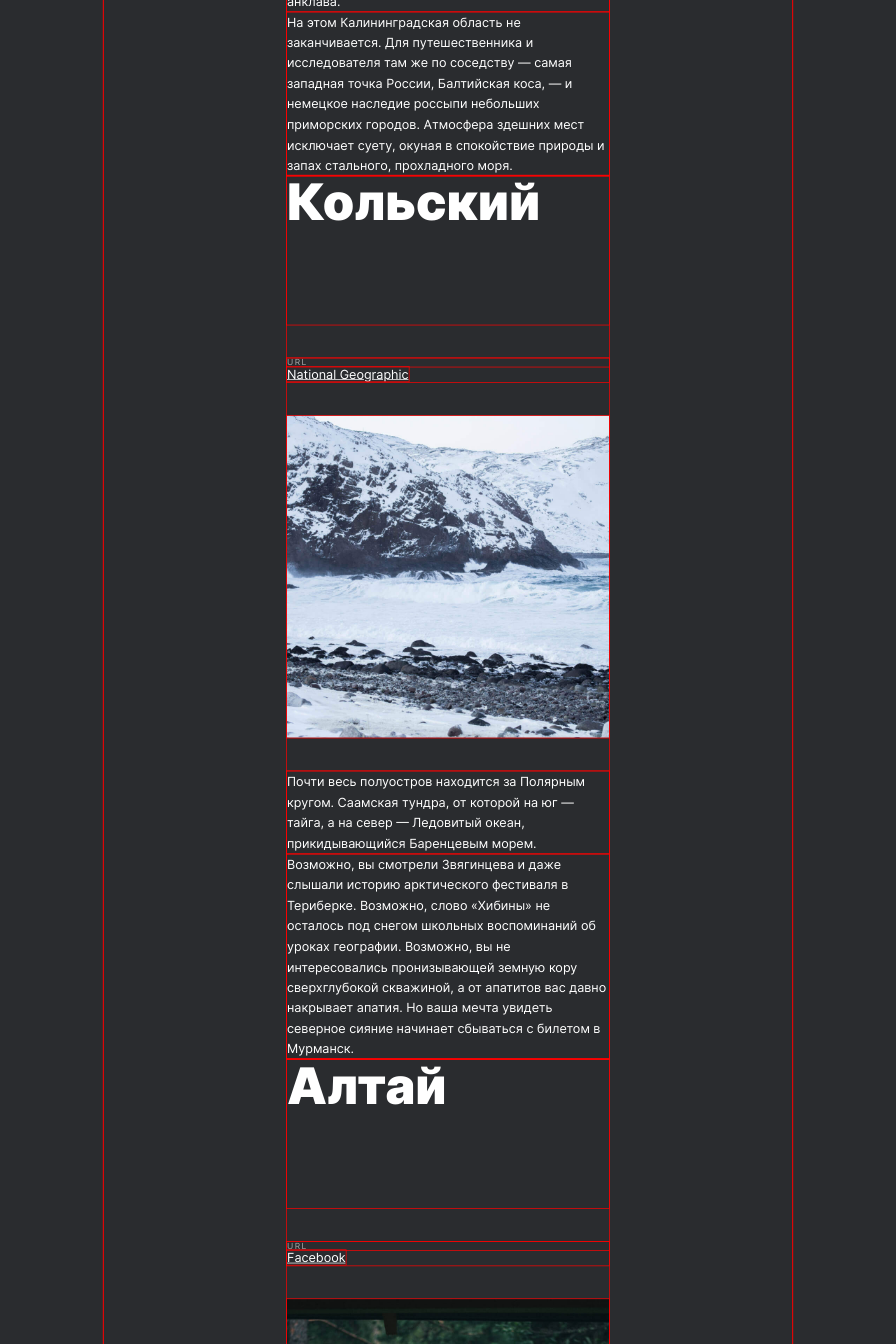
Repository: 89373611988/russia-travel
Page: index.html
The author's editor kept a copy of each file at every save. The page is drawn from the files as they stood at one save, then again after a run of saves.
The browser window is 1280 px wide. The pictures show the part of the page from y = 3857 to 5777 px (the page is 9975 px tall before and 10375 px after), at 70% of full size.

Above is the page before, as saved 2021-12-22 20:58:44.

### index.html
<!DOCTYPE html>
<html lang="ru">
  <head>
    <meta charset="UTF-8" />
    <meta name="viewport" content="width=device-width, initial-scale=1">
    <title>Путешествие по России</title>
    <link rel="stylesheet" href="pages/index.css" />
  </head>

  <body>
    <div class="page">
      <header class="header page__header">
        <img src="./images/header-logo.svg" alt="" class="header__logo">
        <ul class="header__list">
          <li class="header__item">
            <a href="#" target="_blank" class="header__lang-link">Ru</a>
          </li>
          <li class="header__item">
            <a href="#" target="_blank" class="header__lang-link">En</a>
          </li>
        </ul>
      </header>
      <main class="content">

        <section class="lead">
          <h1 class="lead__title">Путешествия по России</h1>
          <p class="lead__subtitle">Настоящая страна не в выпусках новостей, а здесь.</p>
          <img src="./images/lead-polka.jpg" alt="Отдых в вагоне" class="lead__image">
          <p class="lead__caption">ваша полка — верхняя</p>
        </section>


        <section class="intro page__intro">
          <h2 class="intro__title">Чего мы там не видели?</h2>
          <p class="intro__text">По опросам ВЦИОМ, 95% россиян мечтают куда-нибудь поехать, но только 36% планируют провести отпуск в родной стране. Мол, чего мы тут, дома, не видели? На самом деле, Россия — это целая вселенная с ласковым морем юга, густыми лесами Саян и суровыми льдами плато Путорана. А ещё увидеть все эти красоты можно без миллионов на счету, загранпаспорта и многочасовых перелетов. Как, например, Вера Башмакова — смелая молодая мама, которая взяла в охапку троих детей, усадила их в свою «Ладу» и проехала 20 тысяч километров по родной стране. Мы выбрали и описали некоторые интересные места, достойные вашего отпуска.</p>
          <ul class="intro__list">
            <li class="intro__item">Часовых поясов
              <span class="intro__number">11</span>
            </li>
            <li class="intro__item">Объектов природного наследия ЮНЕСКО
              <span class="intro__number">12</span>
            </li>
            <li class="intro__item">Объектов культурного наследия ЮНЕСКО
              <span class="intro__number">16</span>
            </li>
            <li class="intro__item">Природных заповедников
              <span class="intro__number">105</span>
            </li>
            <li class="intro__item">Аэропортов
              <span class="intro__number">241</span>
            </li>
          </ul>
        </section>


        <section class="photo-grid">
          <img src="./images/photo-grid-train.jpg" alt="Вид из окна вагона" class="photo-grid__item">
          <img src="./images/photo-grid-atharva-tulsi.jpg" alt="Облака в горах" class="photo-grid__item">
          <img src="./images/photo-grid-tuman.jpg" alt="Собака на сене" class="photo-grid__item">
          <img src="./images/photo-grid-sochi.jpg" alt="Туман в горах" class="photo-grid__item">
          <img src="./images/photo-grid-arisa.jpg" alt="Машина на льду" class="photo-grid__item">
          <img src="./images/photo-grid-baikal.jpg" alt="Берег Байкала" class="photo-grid__item">
          <img src="./images/photo-grid-elbrus.jpg" alt="Гора Эльбрус" class="photo-grid__item">
          <img src="./images/photo-grid-kondratiev.jpg" alt="Пешеходный переход" class="photo-grid__item">
          <img src="./images/photo-grid-kamchatka-1.jpg" alt="Горный барельеф на Камчатке" class="photo-grid__item">
          <img src="./images/photo-grid-kamchatka-2.jpg" alt="Камчатка Гора" class="photo-grid__item">
          <img src="./images/photo-grid-baikal-2.jpg" alt="Горный берг Байкала" class="photo-grid__item">
          <img src="./images/photo-grid-ergaki.jpg" alt="Горы в тумане" class="photo-grid__item">
        </section>


        <section class="places page__places">
          <div class="place">
            <h2 class="place__title">Куршская коса</h2>
            <div class="place__website">
              <h3 class="place__url-heading">URL</h3>
              <a href="http://park-kosa.ru" class="place__link">park-kosa.ru</a>
            </div>
            <img src="./images/place-kosa.jpg" alt="Куршский залив" class="place__image">
            <div class="place__container">
              <p class="place__paragraph">Здесь, посреди лесов и песчаных дюн, вы сможете увидеть два водных горизонта — спокойного Куршского залива с одной стороны и подёрнутого рябью волн Балтийского моря с другой. Уникальная природная зона на краю российского анклава.</p>
            <p class="place__paragraph">На этом Калининградская область не заканчивается. Для путешественника и исследователя там же по соседству — самая западная точка России, Балтийская коса, — и немецкое наследие россыпи небольших приморских городов. Атмосфера здешних мест исключает суету, окуная в спокойствие природы и запах стального, прохладного моря.</p>
            </div>
          </div>
          <div class="place">
            <h2 class="place__title">Кольский</h2>
            <div class="place__website">
              <h3 class="place__url-heading">URL</h3>
              <a href="https://yourshot.nationalgeographic.com/photos/?keywords=kolskiy" class="place__link">National Geographic</a>
            </div>
            <img src="./images/place-kolsky.jpg" alt="Кольский полуостров" class="place__image">
            <div class="place__container">
              <p class="place__paragraph">Почти весь полуостров находится за Полярным кругом. Саамская тундра, от которой на юг — тайга, а на север — Ледовитый океан, прикидывающийся Баренцевым морем.</p>
              <p class="place__paragraph">Возможно, вы смотрели Звягинцева и даже слышали историю арктического фестиваля в Териберке. Возможно, слово «Хибины» не осталось под снегом школьных воспоминаний об уроках географии. Возможно, вы не интересовались пронизывающей земную кору сверхглубокой скважиной, а от апатитов вас давно накрывает апатия. Но ваша мечта увидеть северное сияние начинает сбываться с билетом в Мурманск.</p>
            </div>
          </div>
          <div class="place">
            <h2 class="place__title">Алтай</h2>
            <div class="place__website">
              <h3 class="place__url-heading">URL</h3>
              <a href="https://www.facebook.com/vera.bashmakova/posts/10156011613718822" class="place__link">Facebook</a>
            </div>
            <img src="./images/place-altai.jpg" alt="Природа Алтая" class="place__image">
            <div class="place__container">
              <p class="place__paragraph">Алтай — одно из красивейших мест в России.
                В первую очередь из-за гор: если ехать вдоль хребта, вы увидите склоны, усыпанные соснами, горные реки и озёра. А если вы откроете в автомобиле окна, сможете познакомиться с невидимым чудом здешних мест — горным воздухом.</p>
              <p class="place__paragraph">Климат на Алтае умеренный, поэтому ехать сюда лучше всего летом. Так вы увидите всё разнообразие местной флоры и фауны. По лесам Алтая бродят лоси, над хребтами летают орлы, а на равнинах пасутся косули. И знаменитые манулы — тоже обитатели Алтайского края.</p>
            </div>
          </div>
          <div class="place">
            <h2 class="place__title">Зимний Байкал</h2>
            <div class="place__website">
              <h3 class="place__url-heading">URL</h3>
              <a href="https://vk.com/baikalmile" class="place__link">https://vk.com/baikalmile</a>
            </div>
            <img src="./images/place-winter-baikal.jpg" alt="Морозные узора" class="place__image">
            <div class="place__container">
              <p class="place__paragraph">Всем известен Байкал как крупнейшее озеро
                в мире. Многие также знают, что это самый большой источник пресной воды и одно из красивейших мест в России.</p>
              <p class="place__paragraph">Конечно, это всё так. Но Байкал ещё идеальное    место для соревнований по скийорингу. Это такой вид спорта, когда лыжник привязывает себя к мотоциклу, и тандем старается развить как можно бóльшую скорость на льду. В марте 2019 года на фестивале «Байкальская миля» был поставлен мировой рекорд — 197.011 км/ч.</p>
            </div>
          </div>
          <div class="place">
            <h2 class="place__title">Карелия</h2>
            <div class="place__website">
              <h3 class="place__url-heading">URL</h3>
              <a href="http://vodlozero.ru" class="place__link">http://vodlozero.ru/</a>
            </div>
            <img src="./images/place-karelia.jpg" alt="Река в лесу" class="place__image">
            <div class="place__container">
              <p class="place__paragraph">Сибирь заканчивается не на Урале, а в Карелии: образующая тайгу сибирская лиственница не растёт западнее Водлозера. Зато здесь она вымахивает на 30 метров — леса карельских национальных парков из-за непроходимых болот никогда не знали топора. Некоторым соснам уже больше чем полтысячелетия. Прикоснитесь к живому существу, видевшему солнце раньше, чем увидал его Иван Грозный. В девственном лесу на сотню километров не встретишь тропы. А на редких тропинках деревья в паре метров от земли помечены медвежьими когтями. Чтобы все знали, кто тут хозяин.</p>
            </div>
          </div>
        </section>


        <section class="cover page__cover">
          <a href="https://stampsy.com/na-elektrichkakh-do-baikala" class="cover__overlay">
            <h2 class="cover__title">До Байкала «на собаках»</h2>
            <p class="cover__subtitle">По мотивам учебной темы о Транссибе — путешествие от столицы до Байкала на электричках.</p>
          </a>
        </section>
      </main>


      <footer class="footer">
        <ul class="footer__list">
          <li class="footer__item">
            <a href="https://yandex.ru/maps" class="footer__link">Карты</a>
          </li>
          <li class="footer__item">
            <a href="https://yandex.ru/pogoda" class="footer__link">Погода</a>
          </li>
          <li class="footer__item">
            <a href="https://rasp.yandex.ru" class="footer__link">Расписание</a>
          </li>
          <li class="footer__item">
            <a href="https://calendar.yandex.ru" class="footer__link">Календарь</a>
          </li>
          <li class="footer__item">
            <a href="https://travel.yandex.ru" class="footer__link">Путешествия</a>
          </li>
        </ul>
        <p class="footer__copyright">&copy; 2021. Эльвира Киямова</p>
      </footer>

    </div>
  </body>
</html>

### blocks/page/page.css
* {
  outline-width: 1px;
  outline-style: solid;
  outline-color: red;
}

.page {
  color: #ffffff;
  background-color: #2a2c2f;
  font-family: 'Inter', Arial, sans-serif;
  font-style: normal;
  padding: 28px 0 24px;
  -moz-osx-font-smoothing: grayscale;
  -webkit-font-smoothing: antialiased;
  -webkit-text-size-adjust: 100%;
  -ms-text-size-adjust: 100%;
  -moz-text-size-adjust: 100%;
  text-rendering: optimizeLegibility;
  display: flex;
  flex-direction: column;
  align-items: center;
}

### blocks/page/__header/page__header.css
.page__header {
  margin-bottom: 56px;
}

### blocks/page/__intro/page__intro.css
.page__intro {
  margin: 92px 0;
}

### blocks/page/__cover/page__cover.css
.page__cover {
  margin: 92px 0;
}

### blocks/page/__places/page__places.css
.page__places {
  margin: 92px auto 0;
}

### blocks/header/header.css
.header {
  display: flex;
  flex-direction: row;
  justify-content: space-between;
  width: 1184px;
}

@media (max-width: 1200px) {
  .header {
    width: 928px;
  }
}

@media (max-width: 940px) {
  .header {
    width: 720px;
  }
}

@media (max-width: 768px) {
  .header {
    width: 720px;
  }
}

@media (max-width: 730px) {
  .header {
    width: 600px;
  }
}

@media (max-width: 640px) {
  .header {
    width: 500px;
  }
}

@media (max-width: 540px) {
  .header {
    width: 400px;
  }
}

@media (max-width: 440px) {
  .header {
    width: 300px;
  }
}

@media (max-width: 320px) {
  .header {
    width: 288px;
  }
}

### blocks/header/__logo/header__logo.css
.header__logo {
  width: 176px;
  height: 52px;
}

@media (max-width: 500px) {
  .header__logo {
    width: 142px;
    height: 42px;
  }
}

### blocks/header/__list/header__list.css
.header__list {
  display: flex;
  flex-direction: row;
  align-items: flex-end;
  padding: 0;
  margin: 0;
}

### blocks/header/__item/header__item.css
.header__item {
  list-style-type: none;
  width: 30px;
  height: 28px;
}

.header__item:first-child {
  margin-right: 18px;
  text-decoration: underline;
}

### blocks/header/__lang-link/header__lang-link.css
.header__lang-link {
  font-size: 24px;
  line-height: 28px;
  color: #fff;
  text-decoration: none;
}

@media (max-width: 500px) {
  .header__lang-link {
    font-size: 18px;
    line-height: 20px;
  }
}

### blocks/content/content.css
@media (max-width: 320px) {
  .content {
    max-width: 320px;
  }
}

### blocks/lead/lead.css
.lead {
  display: flex;
  flex-direction: column;
  align-items: center;
}

@media (max-width: 1280px) {
  .lead {
    max-width: 984px;
  }
}

@media (max-width: 1100px) {
  .lead {
    margin: 0 48px;
    max-width: 928px;
  }
}

@media (max-width: 330px) {
  .lead {
    max-width: 320px;
  }
}

@media (max-width: 1024px) {
  .lead {
    margin: 0 48px;
    max-width: 768px;
}
}

@media (max-width: 850px) {
  .lead {
    margin: 0 auto;
    max-width: 768px;
  }
}

@media (max-width: 350px) {
  .lead {
    margin: 0;
  }
}

### blocks/lead/__title/lead__title.css
.lead__title {
  font-weight: 900;
  font-size: 96px;
  line-height: 100px;
  max-width: 720px;
  text-align: center;
  align-self: center;
  margin: 0;
}

@media (max-width: 768px) {
  .lead__title {
    font-size: 70px;
    line-height: 80px;
    max-width: 500px;
  }
}

@media (max-width: 520px) {
  .lead__title {
    font-size: 50px;
    line-height: 70px;
    max-width: 400px;
  }
}

@media (max-width: 440px) {
  .lead__title {
    font-size: 45px;
    line-height: 50px;
    max-width: 330px;
  }
}

@media (max-width: 320px) {
  .lead__title {
    font-size: 40px;
    line-height: 44px;
    max-width: 288px;
  }
}

### blocks/lead/__subtitle/lead__subtitle.css
.lead__subtitle {
  font-size: 30px;
  line-height: 36px;
  align-self: center;
  margin: 32px 0 64px;
  max-width: 640px;
  text-align: center;
}

@media (max-width: 680px) {
  .lead__subtitle {
    font-size: 28px;
    line-height: 30px;
    max-width: 550px;
  }
}

@media (max-width: 575px) {
  .lead__subtitle {
    font-size: 25px;
    line-height: 30px;
    max-width: 400px;
  }
}

@media (max-width: 430px) {
  .lead__subtitle {
    font-size: 18px;
    line-height: 25px;
    max-width: 300px;
  }
}

@media (max-width: 320px) {
  .lead__subtitle {
    font-size: 16px;
    line-height: 20px;
    max-width: 288px;
  }
}

### blocks/lead/__image/lead__image.css
.lead__image {
  max-width: 984px;
  max-height: 615px;
  margin: 0 auto;
}

@media (max-width: 1100px) {
  .lead__image {
    margin: 0 48px;
    width: 100%;
  }
}

@media (max-width: 1024px) {
  .lead__image {
    margin: 0 48px;
    max-width: 768px;
  }
}

@media (max-width: 850px) {
  .lead__image {
    margin: 0;
    width: 100%;
  }
}

@media (max-width: 320px) {
  .lead__image {
    max-width: 320px;
  }
}

### blocks/lead/__caption/lead__caption.css
.lead__caption {
  font-size: 10px;
  line-height: 14px;
  letter-spacing: 1.5px;
  margin: 8px 0 0;
  text-transform: uppercase;
  align-self: flex-start;
}

@media (max-width: 768px) {
  .lead__caption {
    margin-left: 24px;
  }
}

@media (max-width: 330px) {
  .photo-grid {
    max-width: 320px;
    margin-left: 16px;
  }
}

### blocks/intro/intro.css
.intro {
  max-width: 690px;
}

@media (max-width: 1024px) {
  .intro {
    margin-left: 48px;
  }
}

@media (max-width: 768px) {
  .intro {
    max-width: 720px;
    margin-left: 24px;
    margin-right: 24px;
  }
}

@media (max-width: 320px) {
  .intro {
    max-width: 288px;
    margin-left: 16px;
    margin-right: 16px;
  }
}

### blocks/intro/__title/intro__title.css
.intro__title {
  margin: 0;
  font-weight: 900;
  font-size: 54px;
  line-height: 58px;
}

@media (max-width: 768px) {
  .intro__title {
    font-size: 40px;
    line-height: 40px;
  }
}

@media (max-width: 400px) {
  .intro__title {
    font-size: 32px;
    line-height: 35px;
  }
}

### blocks/intro/__text/intro__text.css
.intro__text {
  font-size: 16px;
  line-height: 163%;
  margin: 40px 0 33px;
}

### blocks/intro/__list/intro__list.css
.intro__list {
  margin: 0;
  padding: 0;
  font-weight: bold;
  font-size: 12px;
  line-height: 18px;
}

### blocks/intro/__item/intro__item.css
.intro__item {
  list-style-type: none;
}

### blocks/intro/__number/intro__number.css
.intro__number {
  font-weight: normal;
}

### blocks/photo-grid/photo-grid.css
.photo-grid {
  display: grid;
  justify-content: center;
  grid-template-columns: repeat(auto-fit, minmax(284px, 1fr));
  grid-template-rows: repeat(auto-fit, minmax(213px, 1fr));
  gap: 16px;
  padding: 0;
  margin: 0;
}

@media (max-width: 1024px) {
  .photo-grid {
    gap: 14px;
    margin: 0 48px;
  }
}

@media (max-width: 770px) {
  .photo-grid {
    gap: 16px;
    margin: 0 24px;
  }
}

@media (max-width: 330px) {
  .photo-grid {
    width: 288px;
    margin: 0 auto;
  }
}

### blocks/places/places.css
.places {
  max-width: 984px;
  display: flex;
  flex-direction: column;
  align-items: center;
}

@media (max-width: 1024px) {
  .places {
    max-width: 928px;
    margin: 88px auto 0;
  }
}

@media (max-width: 960px) {
  .places {
    max-width: 928px;
    margin: 88px auto 0;
  }
}

@media (max-width: 930px) {
  .places {
    max-width: 720px;
    margin: 88px auto 0;
  }
}

@media (max-width: 730px) {
  .places {
    max-width: 500px;
  }
}

@media (max-width: 530px) {
  .places {
    max-width: 400px;
  }
}

@media (max-width: 425px) {
  .places {
    max-width: 320px;
    margin: 64px auto 0;
  }
}

### blocks/place/place.css
.place {
  display: grid;
  justify-content: center;
  grid-template-columns: repeat(auto-fit, minmax(288px, 460px));
  grid-template-rows: repeat(auto-fit, minmax(213px, 1fr));
  grid-column-gap: 40px;
  grid-row-gap: 48px;
  margin-bottom: ;
}

### blocks/place/__image/place__image.css
.place__image {
  max-width: 460px;
}

### blocks/place/__link/place__link.css
.place__link {
  color: #fff;
  font-weight: normal;
  font-size: 18px;
  line-height: 22px;
}

### blocks/place/__paragraph/place__paragraph.css
.place__paragraph {
  font-weight: normal;
  font-size: 18px;
  line-height: 163%;
  max-width: 484px;
  margin: 0;
}

### blocks/place/__title/place__title.css
.place__title {
  font-weight: 900;
  font-size: 72px;
  line-height: 76px;
  margin: 0;
}

### blocks/place/__url-heading/place__url-heading.css
.place__url-heading {
  font-weight: normal;
  font-size: 12px;
  line-height: 12px;
  letter-spacing: 2px;
  color: #aaa;
  margin: 0;
}

### blocks/place/__website/place__website.css
.place__website {

}

### blocks/cover/cover.css
.cover {

}

### blocks/cover/__title/cover__title.css
.cover__title {
  font-weight: 900;
  font-size: 72px;
  line-height: 76px;
  margin: 0;
  max-width: 560px;
  white-space: pre-line;
  text-align: center;
}

@media (max-width: 550px) {
  .cover__title {
    font-size: 50px;
    line-height: 45px;
    max-width: 450px;
  }
}

@media (max-width: 450px) {
  .cover__title {
    font-size: 40px;
    line-height: 40px;
    max-width: 320px;
  }
}

@media (max-width: 320px) {
  .cover__title {
    font-size: 32px;
    line-height: 35px;
    max-width: 288px;
  }
}

### blocks/cover/__subtitle/cover__subtitle.css
.cover__subtitle {
  font-size: 18px;
  line-height: 22px;
  margin: 32px 0 0;
  max-width: 360px;
  white-space: pre-line;
  text-align: center;
}

@media (max-width: 400px) {
  .cover__subtitle {
    font-size: 16px;
    line-height: 20px;
    max-width: 330px;
  }
}

@media (max-width: 320px) {
  .cover__subtitle {
    font-size: 14px;
    line-height: 16px;
    max-width: 288px;
  }
}

### blocks/cover/__overlay/cover__overlay.css
.cover__overlay {
  position: relative;
  color: #fff;
  text-decoration: none;
  display: flex;
  flex-direction: column;
  align-items: center;
  justify-content: center;
  min-height: 740px;
  max-width: 1184px;
  background-image: url(../../../images/cover-trains.jpg);
  background-size: cover;
  background-repeat: no-repeat;
  background-position: center;
  box-sizing: border-box;
  z-index: 0;
}

.cover__overlay::before {
  position: absolute;
  content: "";
  left: 0;
  top: 0;
  right: 0;
  bottom: 0;
  background: #2a2c2f;
  opacity: 0.3;
  z-index: -1;
  transition: opacity 0.3s;
}

.cover__overlay:hover::before {
  opacity: 0.7;
}

@media screen and (max-width: 1023px) {
  .cover__overlay {
    max-width: 100%;
  }
}

@media screen and (max-width: 768px) {
  .cover__overlay {
  }
}

@media screen and (max-width: 320px) {
  .cover__overlay {
    min-height: 200px;
  }
}

### blocks/footer/footer.css
.footer {
  width: 1184px;
  display: flex;
  flex-direction: row;
  justify-content: space-between;
}

@media (max-width: 1220px) {
  .footer {
    width: 1000px;
  }
}

@media (max-width: 1024px) {
  .footer {
    width: 928px;
  }
}

@media (max-width: 960px) {
  .footer {
    width: 800px;
  }
}

@media (max-width: 960px) {
  .footer {
    width: 800px;
  }
}

@media (max-width: 840px) {
  .footer {
    width: 750px;
  }
}

@media (max-width: 768px) {
  .footer {
    width: 720px;
  }
}

@media (max-width: 750px) {
  .footer {
    width: 186px;
    flex-direction: column;
    align-self: flex-start;
    margin-left: 16px;
  }
}

### blocks/footer/__list/footer__list.css
.footer__list {
  display: flex;
  flex-direction: row;
  padding: 0;
  margin: 0;
  font-size: 16px;
  line-height: 18px;
}

@media (max-width: 750px) {
  .footer__list {
    flex-direction: column;
    margin-bottom: 48px;
  }
}

@media (max-width: 400px) {
  .footer__list {
    font-size: 24px;
    line-height: 24px;
  }
}

### blocks/footer/__item/footer__item.css
.footer__item {
  list-style-type: none;
  margin-right: 18px;
}

@media (max-width: 750px) {
  .footer__item {
    width: 186px;
    margin-bottom: 32px;
  }
}

### blocks/footer/__link/footer__link.css
.footer__link {
  color: #fff;
  text-decoration: none;
}

.footer__link:hover {
  opacity: 0.7;
  cursor: pointer;
  transition: opacity 0.5s ease;
}

### blocks/footer/__copyight/footer__copyight.css
.footer__copyright {
  margin: 0;
  font-size: 14px;
  line-height: 16px;
}

@media (max-width: 320px) {
  .footer__copyright {
    line-height: 14px;
  }
}

### fonts/fonts/fonts.css
@font-face {
  font-family: 'Inter';
  font-style: normal;
  font-weight: 400;
  src: url("Inter-Regular.woff2") format("woff2"),
  url("Inter-Regular.woff?v=3.15") format("woff");
}

@font-face {
  font-family: 'Inter';
  font-style: normal;
  font-weight: 900;
  src: url("Inter-Black.woff2?v=3.15") format("woff2"),
  url("Inter-Black.woff?v=3.15") format("woff");
}

Loaded but not shown: styles/normalize.css (library); blocks/photo-grid/__item/photo-grid__item.css (common file); pages/index.css (54 lines, source omitted); blocks/place/__container/place__container.css (no copy from this time; the picture is the same without it)

After the next 3 saves:
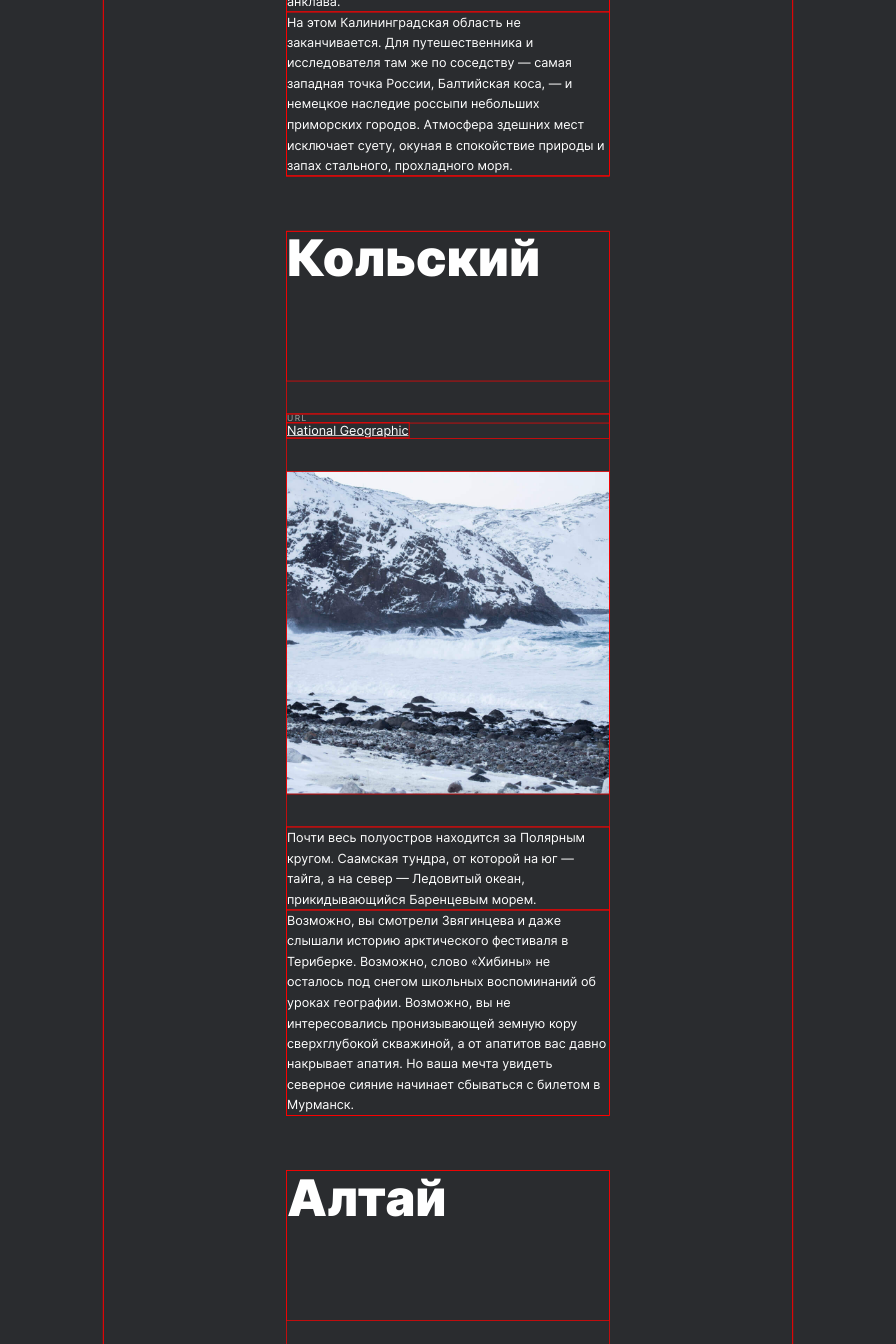
The 3 saves are shown as one change because they came seconds apart.
The last was saved 10 s later.
--- a/blocks/place/place.css
+++ b/blocks/place/place.css
@@ -5,5 +5,5 @@
   grid-template-rows: repeat(auto-fit, minmax(213px, 1fr));
   grid-column-gap: 40px;
   grid-row-gap: 48px;
-  margin-bottom: ;
+  margin-bottom: 80px;
 }
